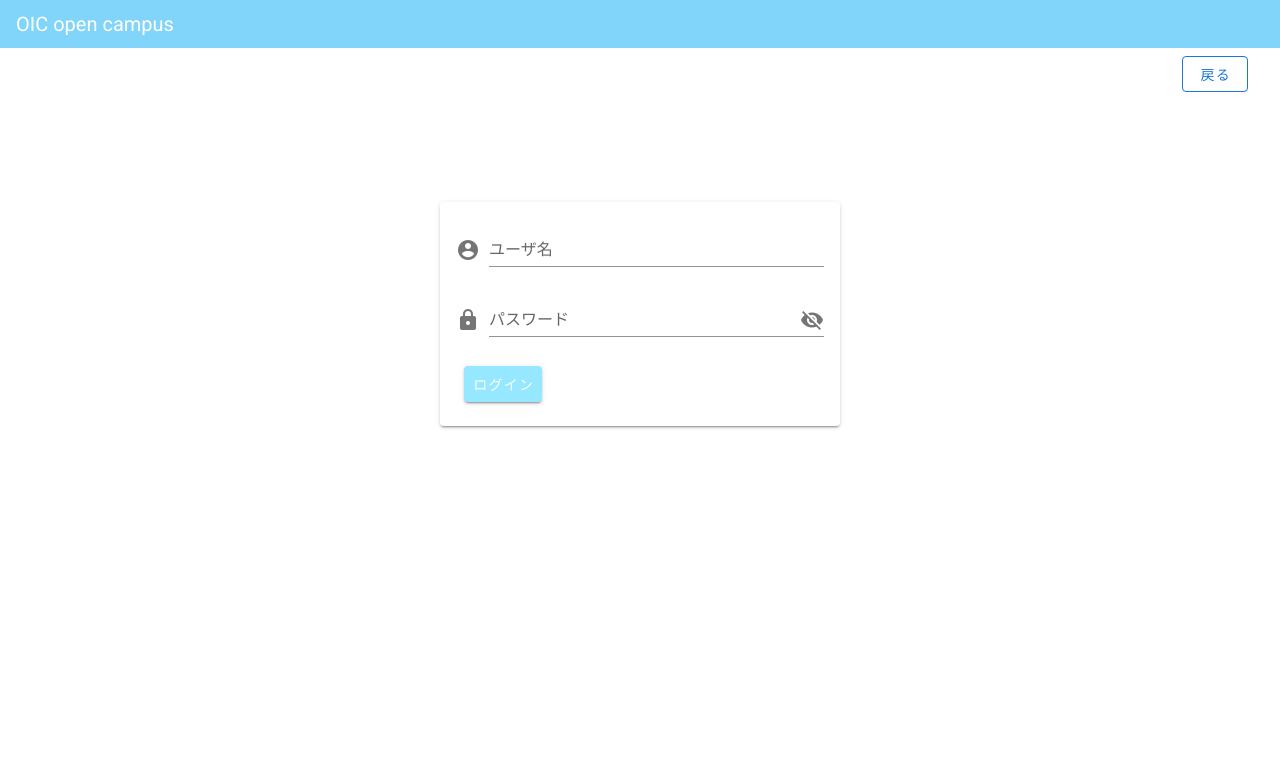
Repository: taniwhy/open-campus-system
Page: /#/login (app in client_view/)
The author's editor kept a copy of each file at every save. The page is drawn from the files as they stood at one save, then again after the next save.
The browser window is 1280 px wide. The pictures show the whole page.
The project was rebuilt for these pictures with package versions that can differ from the ones it lists, and the page was loaded fresh each time. Also part of the build but not shown: client_view/vue.config.js, client_view/src/components/Home.vue, client_view/src/components/Branch.vue, client_view/src/components/Register.vue.

Above is the page before, as saved 2019-11-28 10:56:38.

### client_view/public/index.html
<!DOCTYPE html>
<html lang="en">
  <head>
    <meta charset="utf-8">
    <meta http-equiv="X-UA-Compatible" content="IE=edge">
    <meta name="viewport" content="width=device-width,initial-scale=1.0">
    <link rel="icon" href="<%= BASE_URL %>favicon.ico">
    <title>client_view</title>
    <link rel="stylesheet" href="https://fonts.googleapis.com/css?family=Roboto:100,300,400,500,700,900">
    <link rel="stylesheet" href="https://cdn.jsdelivr.net/npm/@mdi/font@latest/css/materialdesignicons.min.css">
  </head>
  <body>
    <noscript>
      <strong>We're sorry but client_view doesn't work properly without JavaScript enabled. Please enable it to continue.</strong>
    </noscript>
    <div id="app"></div>
    <!-- built files will be auto injected -->
  </body>
</html>

### client_view/src/main.js
import Vue from 'vue'
import App from './App.vue'
import router from './router'
import store from './store'
import vuetify from './plugins/vuetify';

Vue.config.productionTip = false

new Vue({
    router,
    store,
    vuetify,
    render: h => h(App)
}).$mount('#app')

### client_view/src/App.vue
<template>
  <v-app>
    <div>
      <v-app-bar color="light-blue lighten-3" dense dark>

        <v-toolbar-title>OIC open campus</v-toolbar-title>

      </v-app-bar>
    </div>
    <v-content>
      <router-view></router-view>
    </v-content>
  </v-app>
</template>

<script>
export default {
  name: "App",

  components: {},

  data: () => ({
    //
  })
};
</script>

### client_view/src/router/index.js
import Vue from 'vue'
import VueRouter from 'vue-router'
import Home from '../components/Home.vue'
import Login from '../components/Login.vue'
import Branch from '../components/Branch.vue'
import Register from '../components/Register.vue'

Vue.use(VueRouter)

const routes = [{
        path: '/',
        name: 'home',
        component: Home
    },
    {
        path: '/login',
        name: 'login',
        component: Login
    },
    {
        path: '/branch',
        name: 'branch',
        component: Branch
    },
    {
        path: '/register',
        name: 'register',
        component: Register
    },
]

const router = new VueRouter({
    routes
})

export default router

### client_view/src/components/Login.vue
<template>
  <v-app>
    <v-container fluid>
      <v-row>
        <v-col>
          <v-row align="center" justify="end" style="width: 100%;">
            <v-btn flat to="/" class="ma-2" outlined color="primary">戻る</v-btn>
          </v-row>
        </v-col>
      </v-row>
    </v-container>
    <v-container fluid style="height: 60%;">
      <v-row align="center" justify="center" style="height: 100%;">
        <v-col>
          <v-row >
            <v-card width="400px" class="mx-auto mt-5">
              <v-card-text>
                <v-form>
                  <v-text-field prepend-icon="mdi-account-circle" label="ユーザ名" />
                  <v-text-field
                    v-bind:type="showPassword ?'text' : 'password'"
                    prepend-icon="mdi-lock"
                    append-icon="mdi-eye-off"
                    label="パスワード"
                    @click:append="showPassword = !showPassword"
                  />
                  <v-card-actions>
                    <v-btn class="info" color="light-blue lighten-3">ログイン</v-btn>
                  </v-card-actions>
                </v-form>
              </v-card-text>
            </v-card>
          </v-row>
        </v-col>
      </v-row>
    </v-container>
  </v-app>
</template>

<script>
export default {
  name: "Login",
  data: () => ({
    showPassword: false
  })
};
</script>

Loaded but not shown: client_view/src/store/index.js (common file); client_view/src/plugins/vuetify.js (common file)

After the next save:
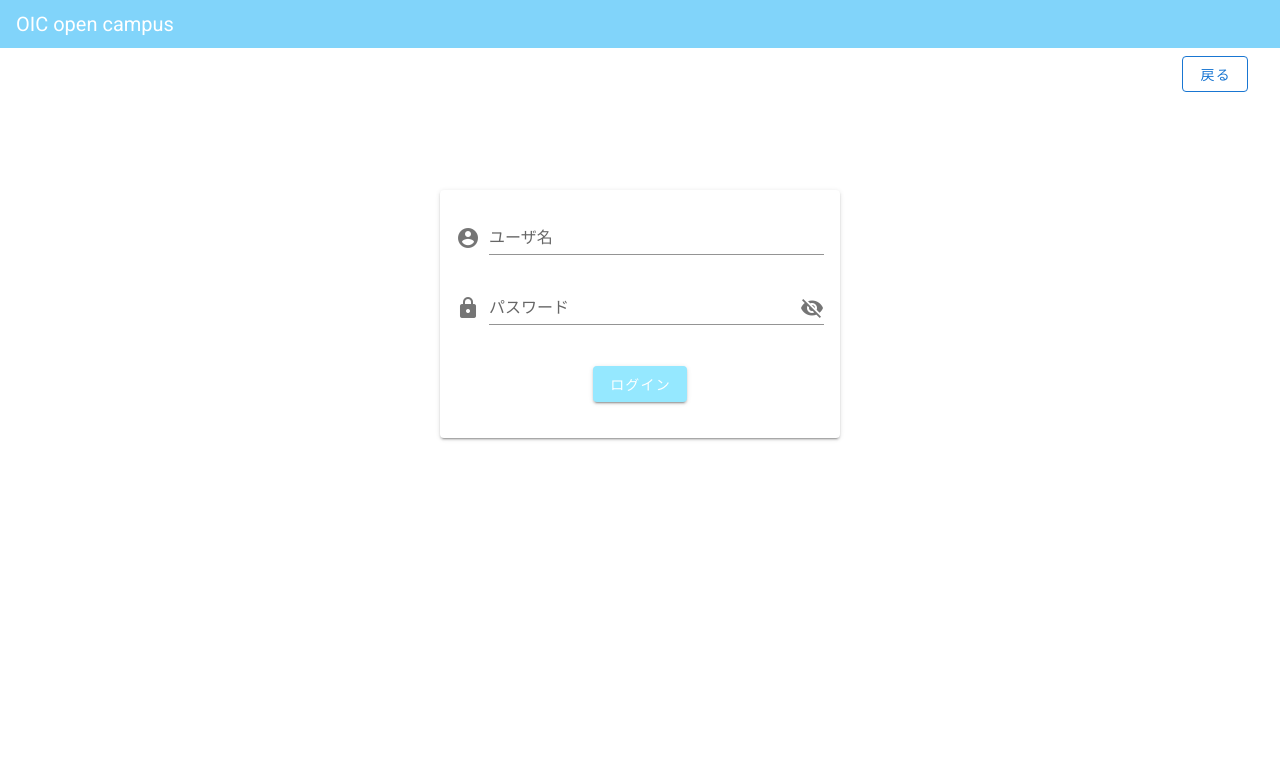
Saved 33 s later.
--- a/client_view/src/components/Login.vue
+++ b/client_view/src/components/Login.vue
@@ -12,7 +12,7 @@
     <v-container fluid style="height: 60%;">
       <v-row align="center" justify="center" style="height: 100%;">
         <v-col>
-          <v-row >
+          <v-row>
             <v-card width="400px" class="mx-auto mt-5">
               <v-card-text>
                 <v-form>
@@ -25,7 +25,9 @@
                     @click:append="showPassword = !showPassword"
                   />
                   <v-card-actions>
-                    <v-btn class="info" color="light-blue lighten-3">ログイン</v-btn>
+                    <v-col align="center" justify="start">
+                      <v-btn class="info" color="light-blue lighten-3">ログイン</v-btn>
+                    </v-col>
                   </v-card-actions>
                 </v-form>
               </v-card-text>
